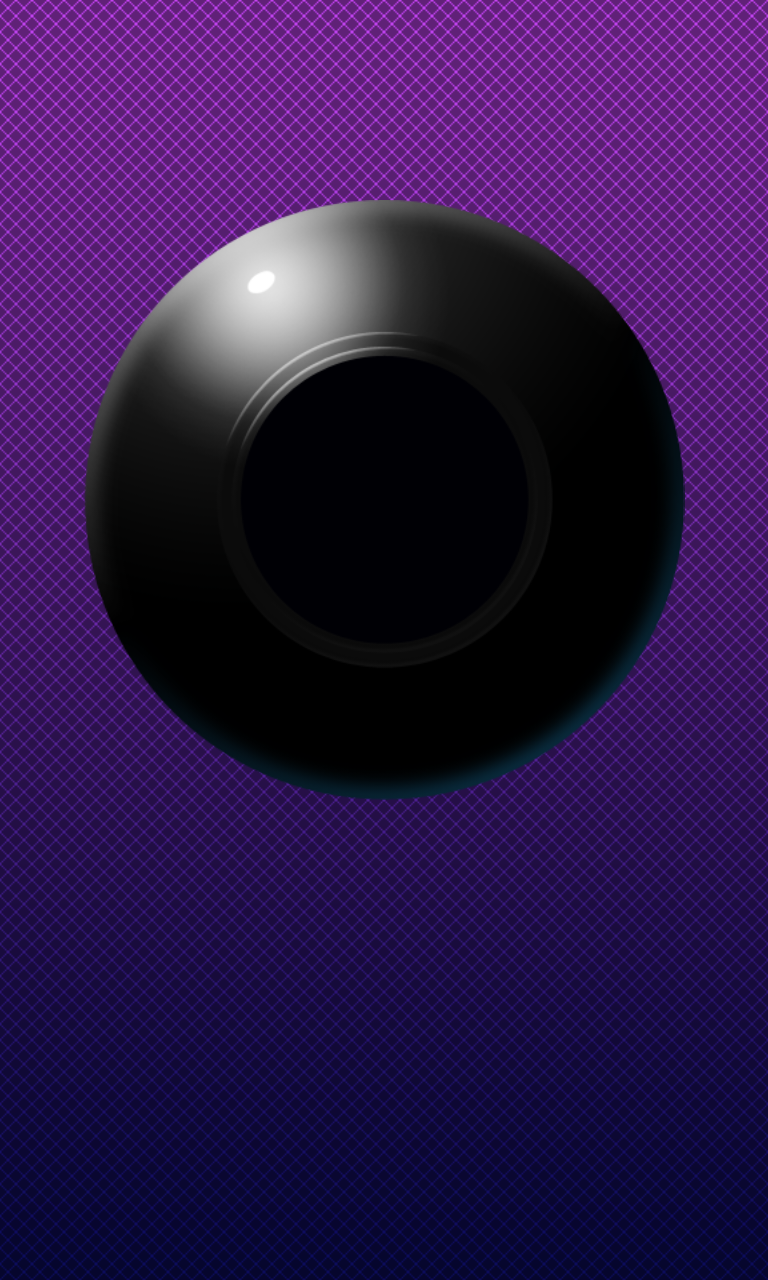
Repository: LimHeeJho/masicBall
Layout: MagicBall/res/layout/activity_main.xml
The author's editor kept a copy of each file at every save. The layout is drawn from the files as they stood at one save, then again after the next save.
It is drawn on a 768 x 1280 px phone screen (xhdpi) without system bars, with theme AppTheme; the app's code is not run.

Above is the layout before, as saved 2013-07-17 08:12:25.

After the next save:
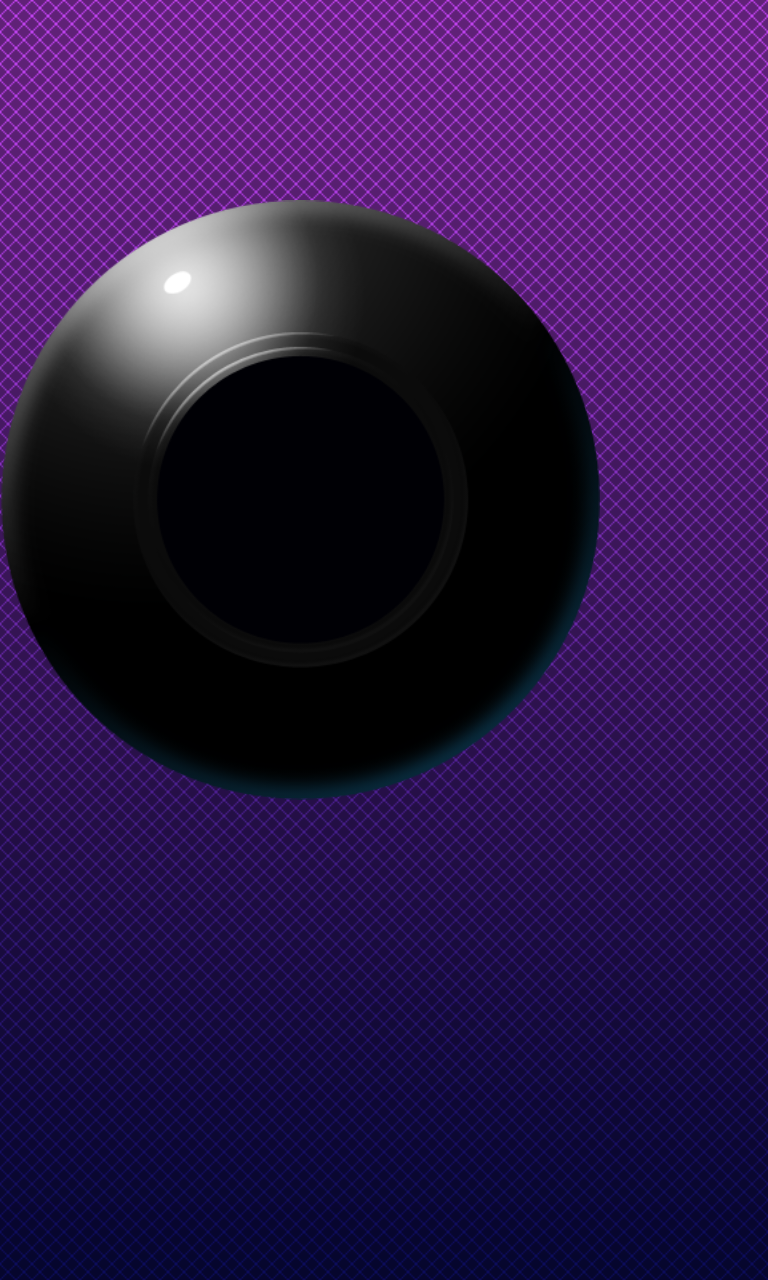
Saved 80 s later.
--- a/MagicBall/res/layout/activity_main.xml
+++ b/MagicBall/res/layout/activity_main.xml
@@ -12,7 +12,7 @@
         android:background="@drawable/background" >
 
         <RelativeLayout
-            android:layout_width="fill_parent"
+            android:layout_width="300dp"
             android:layout_height="300dp"
             android:layout_marginTop="100dp" >
 

After the save that followed:
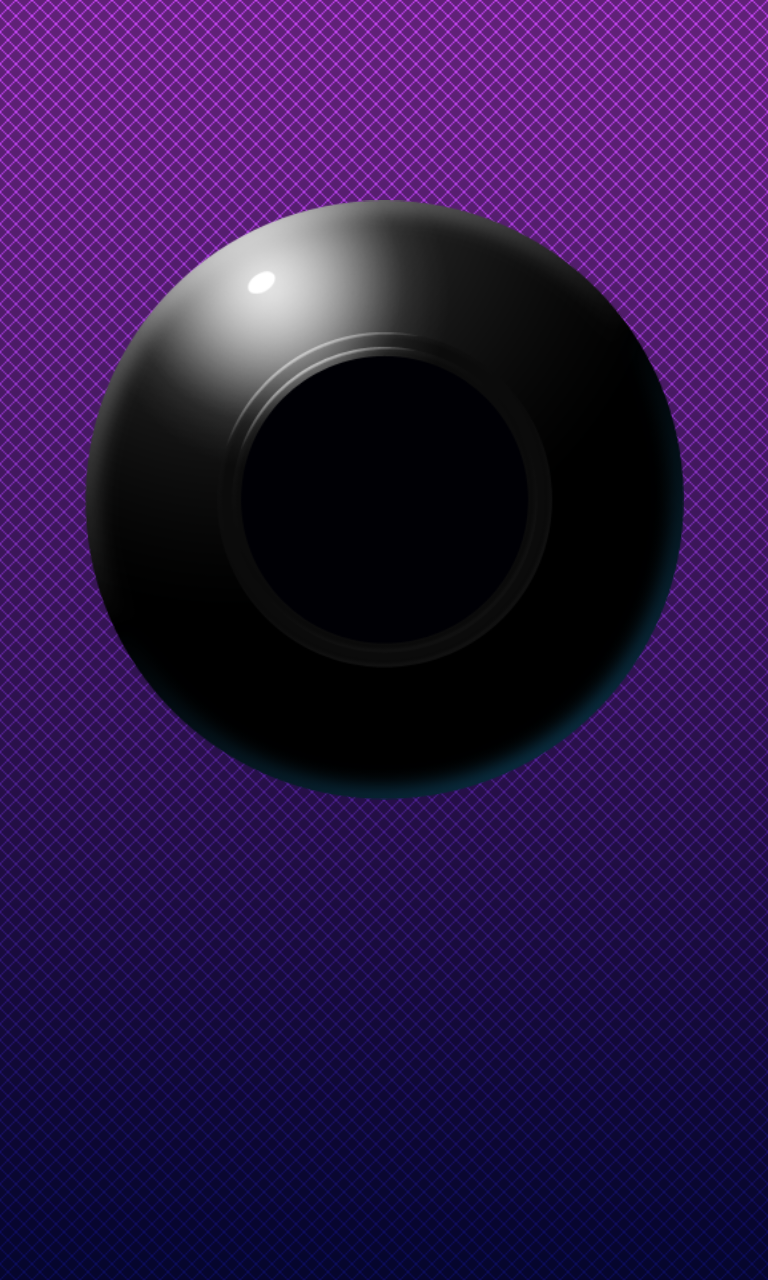
Saved 24 s later.
--- a/MagicBall/res/layout/activity_main.xml
+++ b/MagicBall/res/layout/activity_main.xml
@@ -14,7 +14,9 @@
         <RelativeLayout
             android:layout_width="300dp"
             android:layout_height="300dp"
-            android:layout_marginTop="100dp" >
+            android:layout_marginTop="100dp"
+            android:layout_centerHorizontal="true"
+             >
 
             <ImageView
                 android:id="@+id/imageView1"
